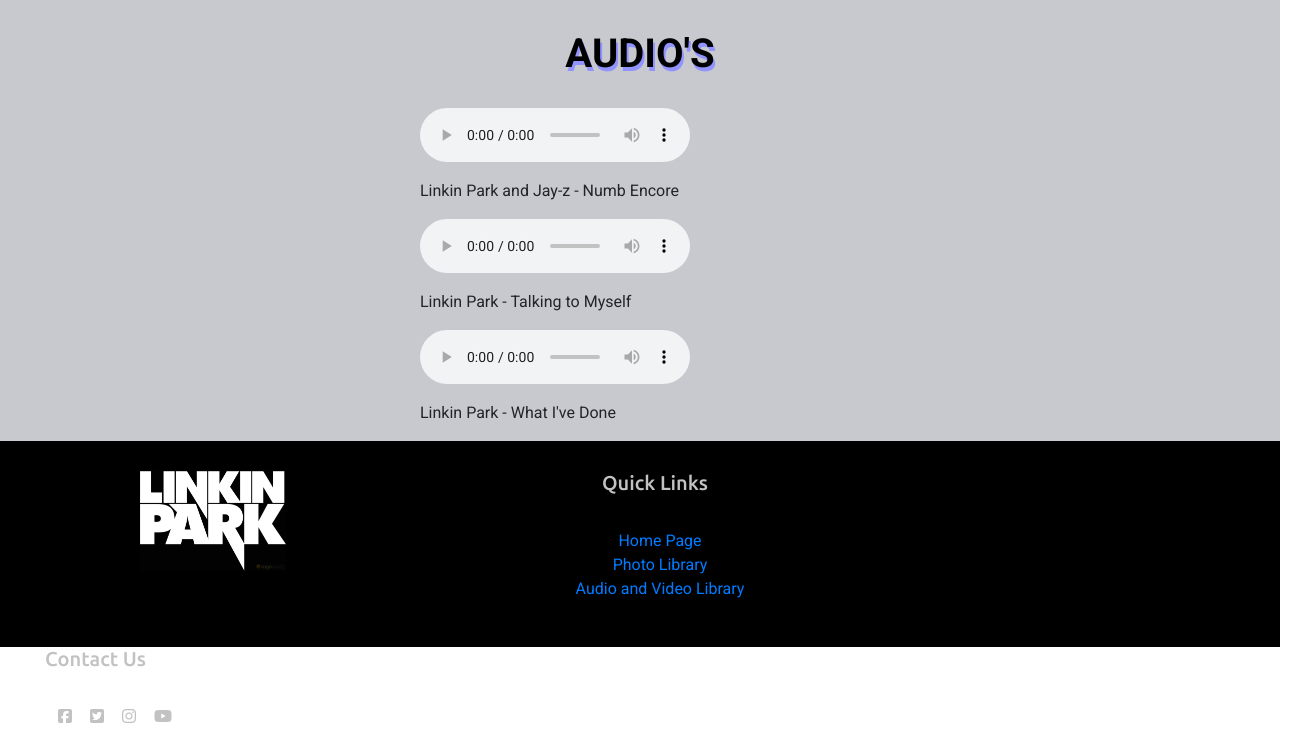
Repository: vaida898/website
Page: audio-video.html
The author's editor kept a record of every edit. The page is drawn from the files as they stood at one moment, then again after the next edit.
The browser window is 1280 px wide. The page is 1295 px wide, so the pictures cover 1295 px, including what lies to the right of the window. The pictures show the part of the page from y = 1471 to 2216 px (the page is 2216 px tall).
Some web libraries are served in a nearby version.

Above is the page before.
Console error: TypeError: Cannot read properties of undefined (reading 'fn')

After the next edit:
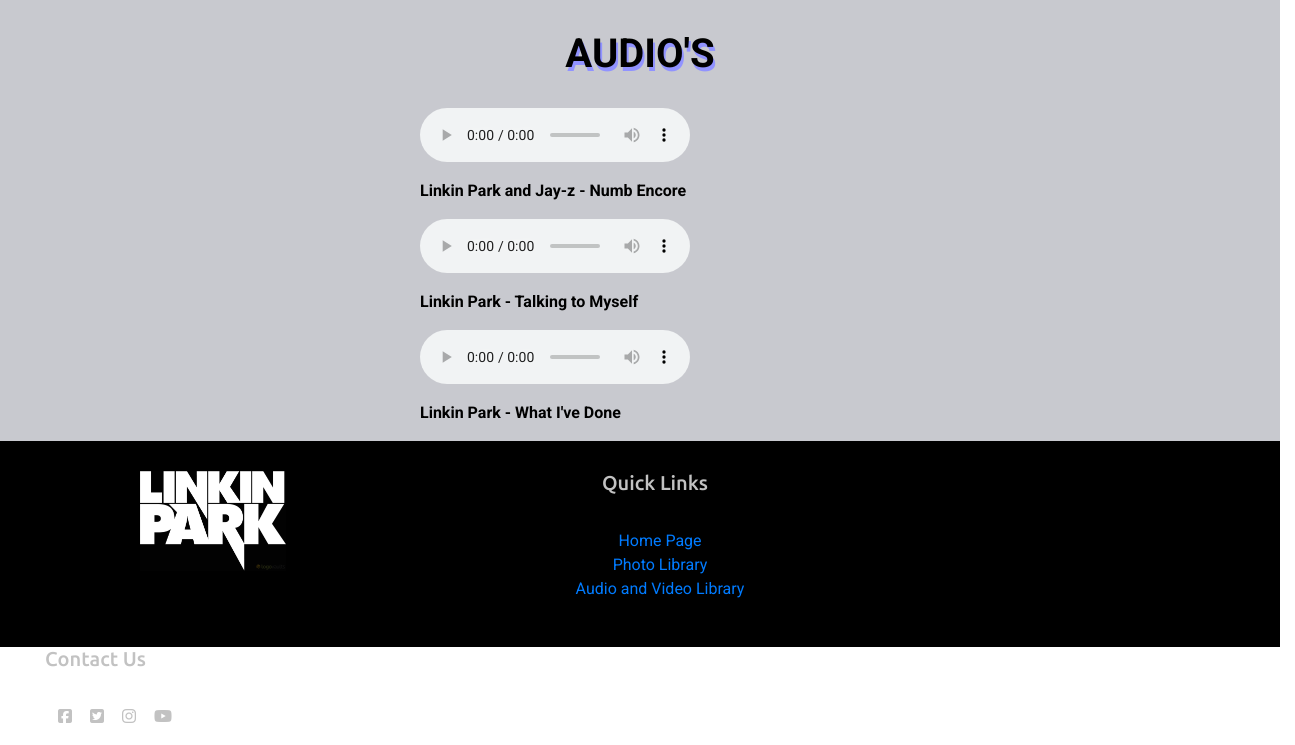
The edit:
--- a/css/style.css
+++ b/css/style.css
@@ -322,8 +322,9 @@
 }
 
 .comment {
-    font-family: 'Roboto', sans-serif;
-    font-weight: 400;
+    font-family: "Roboto", sans-serif;
+    font-weight: 600;
+    color: black;
     margin-left: 350px;
     margin-top: 10px;
     text-align: left;
